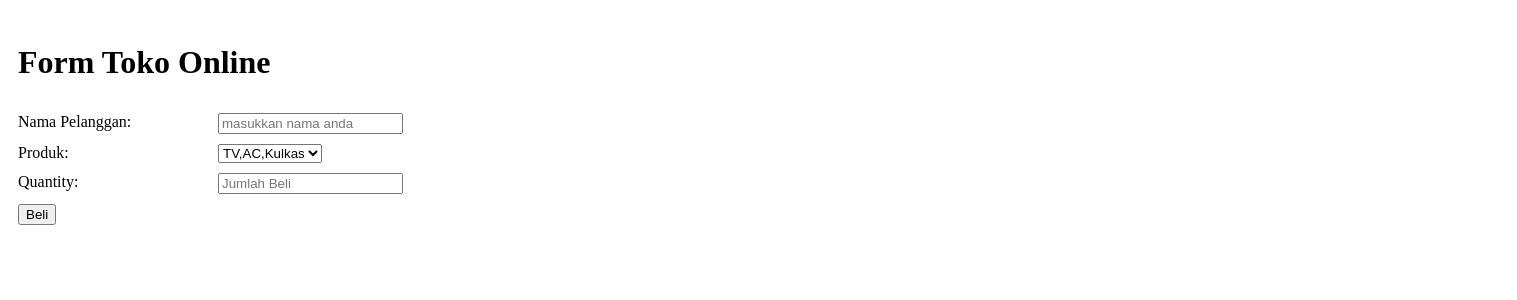
Repository: AHSANS354/Tugas-MSIB-5-GitHub
Page: tugasper4js.html
These files come from the project's save history. The page is drawn as it stood at one moment and after the next save; the edit follows.
The browser window is 1280 px wide. The page is 1280 px wide, then 1517 px, then 1280 px, so the pictures cover 1517 px, including what lies to the right of the window. The pictures show the whole page.

Above is the page before, as saved 2023-09-11 16:05:42.

After the next save:
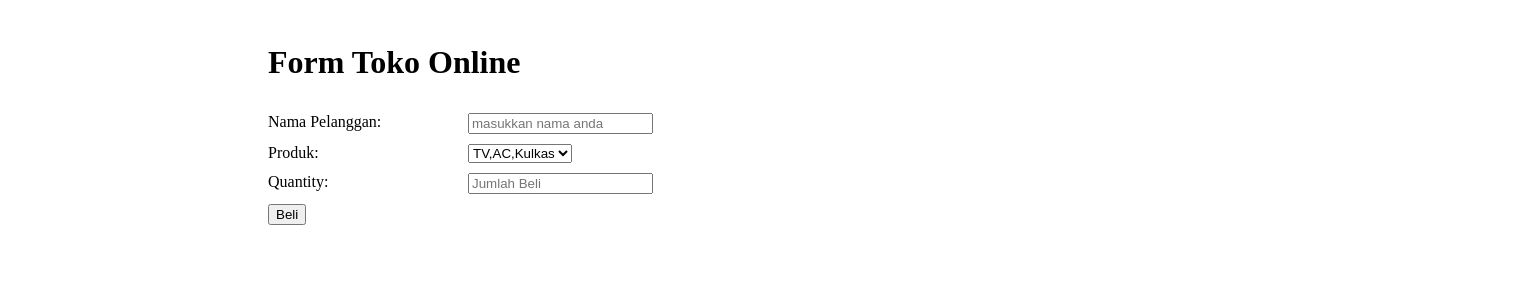
Saved 18 s later.
--- a/tugasper4js.html
+++ b/tugasper4js.html
@@ -14,7 +14,7 @@
         flex-direction: column;
       }
       .col {
-        padding-left: 500px;
+        margin-left: 500px;
         width: 100%;
         display: flex;
         padding: 5px;

After the save that followed:
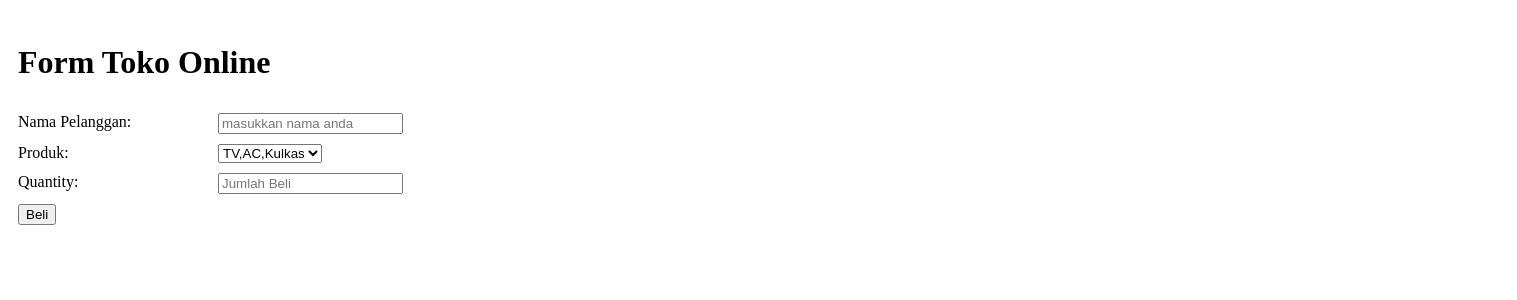
Saved 14 s later.
--- a/tugasper4js.html
+++ b/tugasper4js.html
@@ -14,7 +14,6 @@
         flex-direction: column;
       }
       .col {
-        margin-left: 500px;
         width: 100%;
         display: flex;
         padding: 5px;
